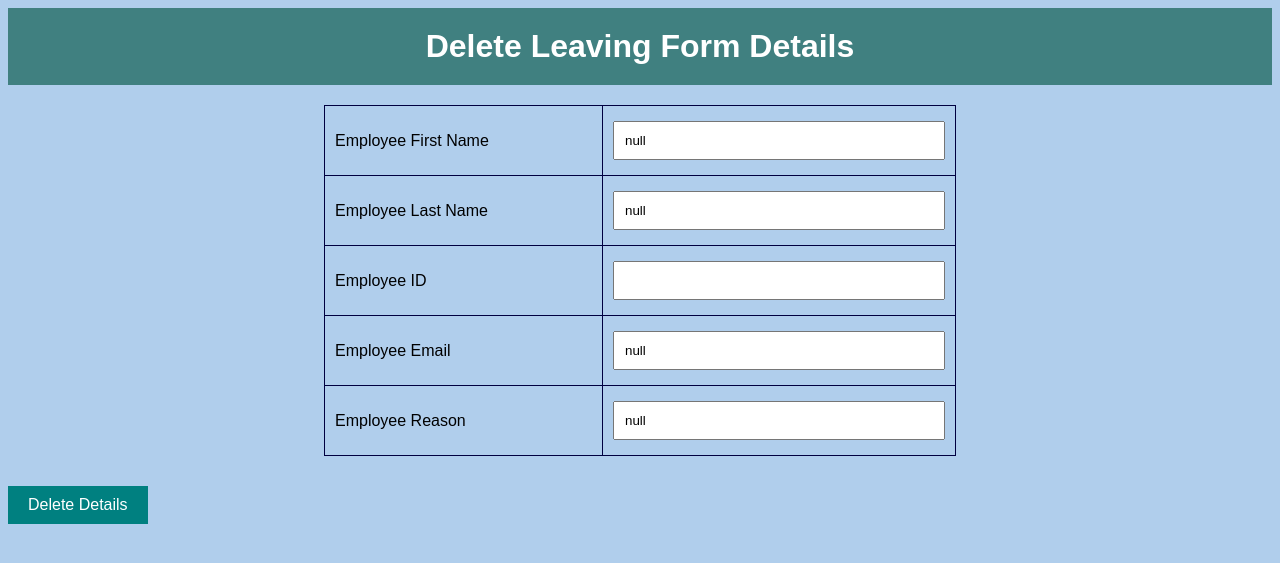
Repository: nishadi-s/Online-Staff-Management-System
Page: http://localhost/LeavingEmp/deleteEmp.jsp
These files come from the project's save history. The page is drawn as it stood at one moment and after the next save; the edit follows.
The browser window is 1280 px wide. The pictures show the whole page.
The page is served by Tomcat 9. Other server files are loaded and not shown.

Above is the page before, as saved 2023-10-25 13:02:45.

### LeavingEmp/src/main/webapp/deleteEmp.jsp
<%@ page language="java" contentType="text/html; charset=ISO-8859-1"
    pageEncoding="ISO-8859-1"%>
<!DOCTYPE html>
<html>
<head>
<meta charset="ISO-8859-1">
<title>Delete Details</title>
<link rel="stylesheet" href="deleteEmp.css">
</head>
<body>

<%
String f_name=request.getParameter("fname");
String l_name=request.getParameter("lname");
String u_id=request.getParameter("id");
String e_email=request.getParameter("eemail");
String e_reason=request.getParameter("ereason");
%>

<div class="header">
<h1>  Delete Leaving Form Details</h1>
</div>

<form action="delete" method= "post">
<table>
<tr>
<td>Employee First Name</td>
<td> <input type="text" class="form-label"class="form-control" name="fname" value="<%= f_name %>"readonly> </td>
</tr>

<tr>
<td>Employee Last Name</td>
<td> <input type="text" class="form-label"class="form-control" name="lname" value="<%= l_name %>"readonly> </td>
</tr>

<tr>
<td>Employee ID </td>
<td><input type="number" class="form-label" class="form-control"  name="id" value="<%= u_id %>"readonly></td>
 </tr>

 <tr>
<td>Employee Email </td>
<td><input type="email"  class="form-label" class="form-control" name="eemail" value="<%= e_email %>"readonly> </td>
</tr>

<tr>
<td>Employee Reason</td>
<td> <input type="text" class="form-label" class="form-control" name="ereason" value="<%= e_reason %>"readonly> </td>
</tr>
</table>
<input type="submit" class="btn-primary"  name="submit" value="Delete Details"> <br>

</form>

</body>
</html>

### LeavingEmp/src/main/webapp/deleteEmp.css
@charset "ISO-8859-1";


body {
    font-family: Arial, sans-serif;
    background-color: rgb(176, 206, 236); /* background */
}

.header {
    text-align: center;
    background-color: rgb(64, 128, 128); /*  Header */
    color: #ffffff;
    padding: 20px;
}

h1 {
    margin: 0;
}

table {
    margin: 20px auto;
    border-collapse: collapse;
    width: 50%;
}

table, th, td {
    border: 1px solid rgb(0, 0, 64);
}

th, td {
    padding: 10px;
    text-align: left;
}

th {
    background-color: rgb(0, 128, 128);
    color: white;
}

input[type="text"],
input[type="number"],
input[type="email"] {
    width: 100%;
    padding: 10px;
    margin: 5px 0;
    box-sizing: border-box;
}

input[type="submit"] {
    background-color: rgb(0, 128, 128);
    color: #ffffff;
    padding: 10px 20px;
    border: none;
    cursor: pointer;
    font-size: 16px;
    margin-top: 10px;
}

input[type="submit"]:hover {
    background-color: rgb(128, 128, 255);
}

After the next save:
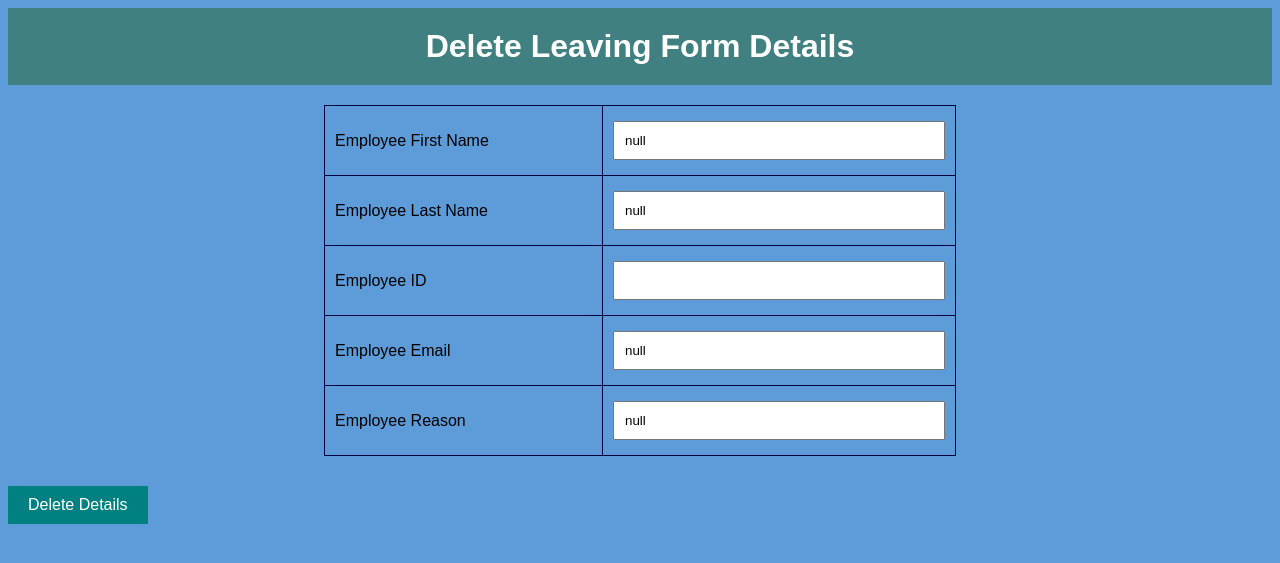
Saved 40 s later.
--- a/LeavingEmp/src/main/webapp/deleteEmp.css
+++ b/LeavingEmp/src/main/webapp/deleteEmp.css
@@ -3,7 +3,7 @@
 
 body {
     font-family: Arial, sans-serif;
-    background-color: rgb(176, 206, 236); /* background */
+    background-color: rgb(94, 155, 217); /* background */
 }
 
 .header {
